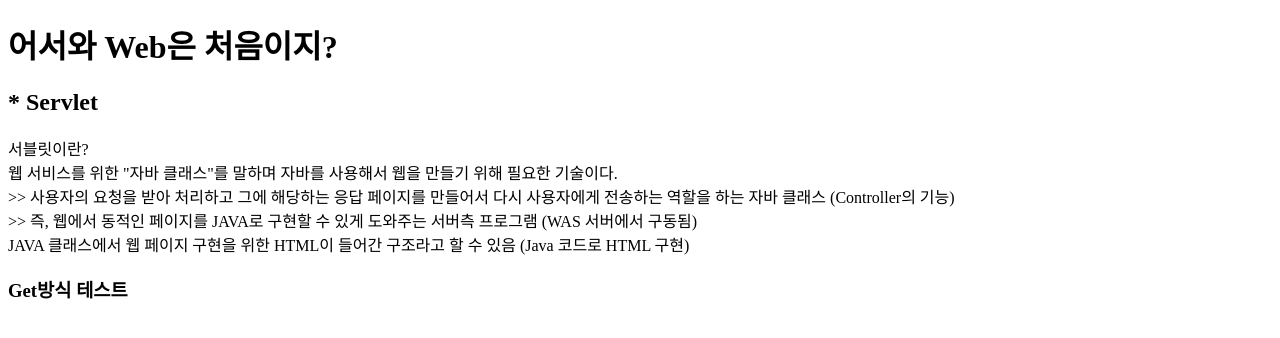
Repository: Young-27/DailyStudy
Page: Server/web-workspace1/1_Servlet/WebContent/index.html
The author's editor kept a copy of each file at every save. The page is drawn from the files as they stood at one save, then again after the next save.
The browser window is 1280 px wide. The pictures show the whole page.

Above is the page before, as saved 2021-04-26 10:09:42.

After the next save:
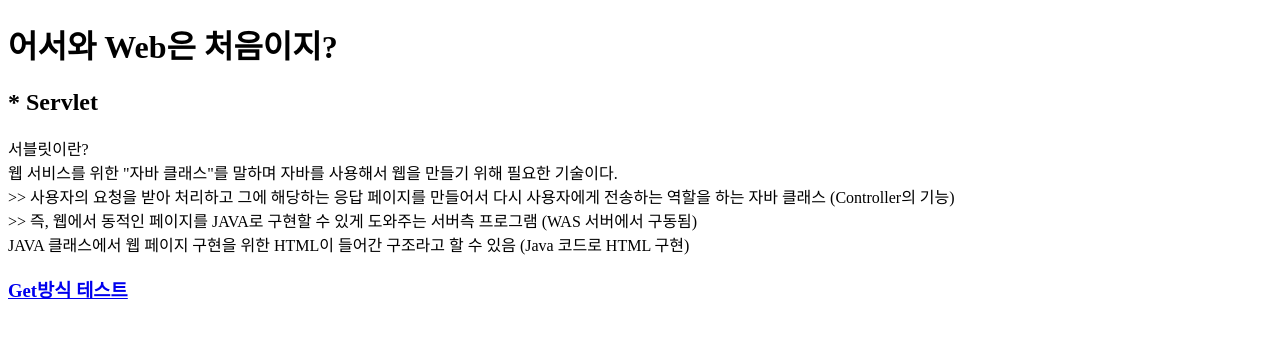
Saved 16 s later.
--- a/Server/web-workspace1/1_Servlet/WebContent/index.html
+++ b/Server/web-workspace1/1_Servlet/WebContent/index.html
@@ -18,7 +18,7 @@
 		   JAVA 클래스에서 웹 페이지 구현을 위한 HTML이 들어간 구조라고 할 수 있음 (Java 코드로 HTML 구현)
 	</p>
 
-	<h3><a= href="requestTest_GET.html">Get방식 테스트</a></h3>
+	<h3><a href="requestTest_GET.html">Get방식 테스트</a></h3>
 
 
 
